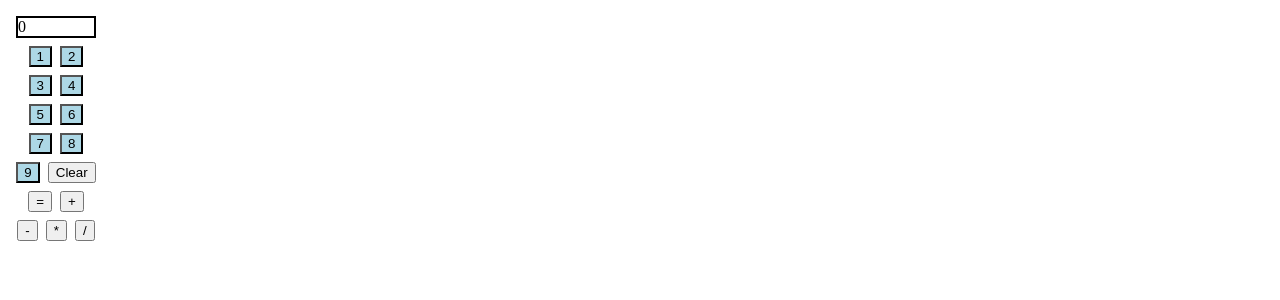
Repository: weazzyefff/Calculator-App
Page: index.html
The author's editor kept a copy of each file at every save. The page is drawn from the files as they stood at one save, then again after the next save.
The browser window is 1280 px wide. The pictures show the whole page.

Above is the page before, as saved 2022-12-16 22:00:29.

After the next save:
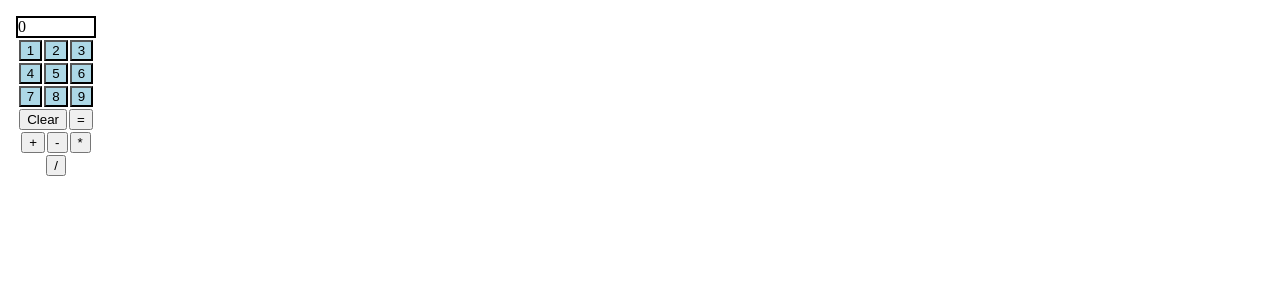
Saved 10 s later.
--- a/style.css
+++ b/style.css
@@ -5,7 +5,7 @@
     align-items: center;
     justify-content: center;
     padding: 8px;
-    gap: 8px;
+    gap: 2px;
 
 }
 .display {
